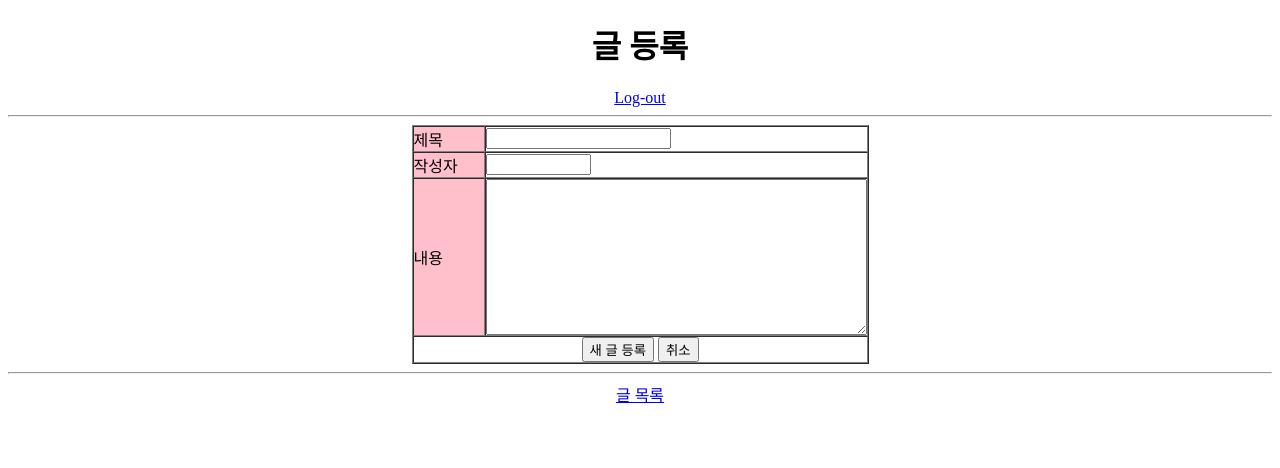
Repository: teeeeeeemo/workspace_spring
Page: http://localhost/BoardWeb/insertBoard.jsp
These files come from the project's save history. The page is drawn as it stood at one moment and after the next save; the edit follows.
The browser window is 1280 px wide. The pictures show the whole page.
The page is served by Tomcat 9. Nobody is signed in. The application's start-up code is not run. Other server files are loaded and not shown.

Above is the page before, as saved 2017-01-21 05:28:09.

### BoardWeb/src/main/webapp/insertBoard.jsp
<%@ page language="java" contentType="text/html; charset=UTF-8"
    pageEncoding="UTF-8"%>
<!DOCTYPE html PUBLIC "-//W3C//DTD HTML 4.01 Transitional//EN" "http://www.w3.org/TR/html4/loose.dtd">
<html>
<head>
<meta http-equiv="Content-Type" content="text/html; charset=UTF-8">
<title>새글등록</title>
</head>
<body>
<center>
<h1>글 등록</h1>
<a href="logout.do">Log-out</a>
<hr>
<form action="insertBoard.do" method="post" enctype="multipart/form-data">
<table border="1" cellpadding="0" cellspacing="0">
	<tr>
		<td bgcolor="pink" width="70">제목</td>
		<td align="left"><input type="text" name="title"/></td>
	</tr>
	<tr>
		<td bgcolor="pink">작성자</td>
		<td align="left"><input type="text" name="writer" size="10"/></td>
	</tr>
	<tr>
		<td bgcolor="pink">내용</td>
		<td align="left"><textarea name="content" cols="45" rows="10"></textarea></td>
	</tr>
	<tr>
		<td colspan="2" align="center">
		<input type="submit" value="새 글 등록" />&nbsp;<input type="reset" value="취소"></td>
	</tr>
</table>
</form>
<hr>
<a href="getBoardList.jsp">글 목록</a>
</center>
</body>
</html>

After the next save:
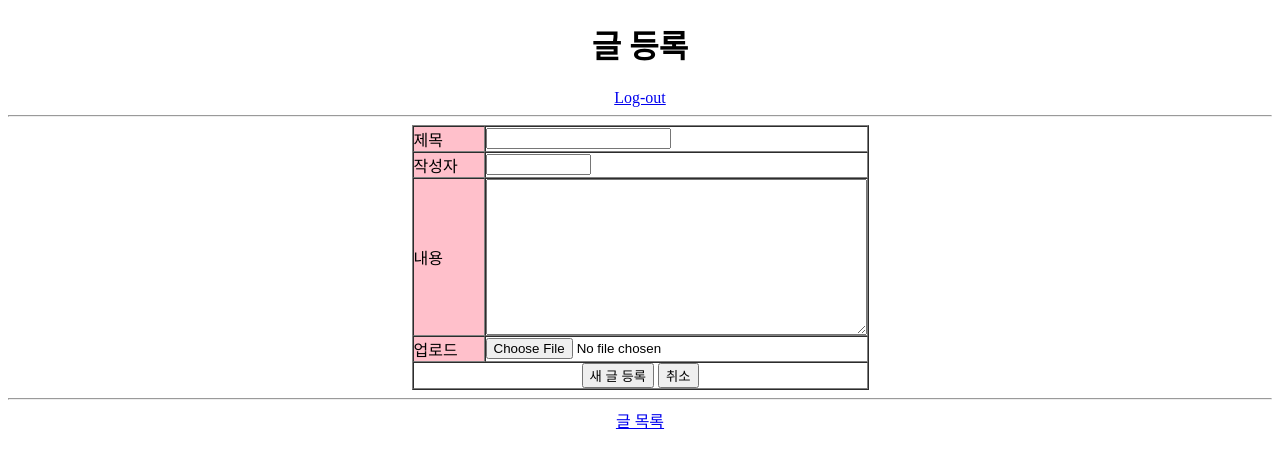
Saved 2 min 36 s later.
--- a/BoardWeb/src/main/webapp/insertBoard.jsp
+++ b/BoardWeb/src/main/webapp/insertBoard.jsp
@@ -26,6 +26,10 @@
 		<td align="left"><textarea name="content" cols="45" rows="10"></textarea></td>
 	</tr>
 	<tr>
+		<td bgcolor="pink" width="70">업로드</td>
+		<td align="left"><input type="file" name="uploadFile"/></td>
+	</tr>
+	<tr>
 		<td colspan="2" align="center">
 		<input type="submit" value="새 글 등록" />&nbsp;<input type="reset" value="취소"></td>
 	</tr>
